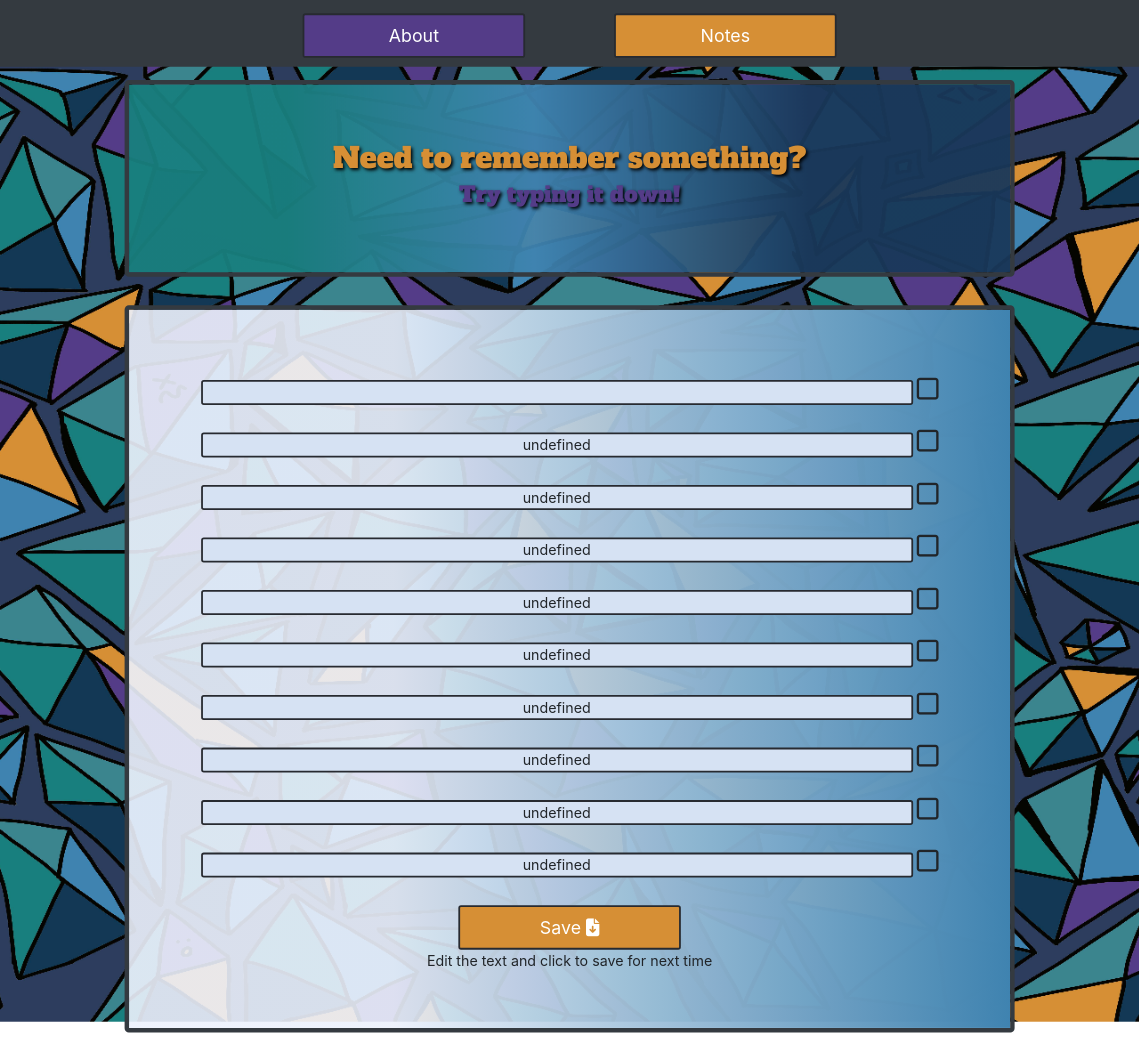
Repository: Kamicoda/Mynote
Page: index.html
The author's editor kept a record of every edit. The page is drawn from the files as they stood at one moment, then again after the next edit.
The browser window is 1280 px wide. The pictures show the whole page, at 89% of full size.
Backgrounds fixed to the window are drawn as part of the page. Some web fonts or font styles are not loaded; a fallback is used. Some web libraries are served in a nearby version.

Above is the page before.

### index.html
<!DOCTYPE html>
<html lang="en">

<head>
    <meta charset="UTF-8">
    <meta name="viewport" content="width=device-width, initial-scale=1.0">
    <meta http-equiv="X-UA-Compatible" content="ie=edge">
    <title>Document</title>


    <!--Bootstrap-->
    <link rel="stylesheet" href="https://maxcdn.bootstrapcdn.com/bootstrap/4.2.1/css/bootstrap.min.css" type="text/css" />
    <link rel="stylesheet" href="https://cdnjs.cloudflare.com/ajax/libs/hover.css/2.3.1/css/hover-min.css" type="text/css" />
    <!--Css-->
    <link rel="stylesheet" href="assets/style/style.css" type="text/css" />
    <link href="https://fonts.googleapis.com/css?family=Alfa+Slab+One&display=swap" rel="stylesheet">
    <!--Jquery-->
    <script src="https://code.jquery.com/jquery-3.4.1.min.js" integrity="sha256-CSXorXvZcTkaix6Yvo6HppcZGetbYMGWSFlBw8HfCJo=" crossorigin="anonymous"></script>

    <!--Scripts-->
    <script src="https://kit.fontawesome.com/06adabaaa3.js"></script>
    <script type="text/javascript" src="assets/js/script1.js"></script>
    <script type="text/javascript" src="assets/js/script2.js"></script>


</head>

<body class="bgbody" onload="checkEdits()">

    <!--navigation-->
    <div class="container-fluid bg-dark">
        <ul class="nav justify-content-center w-100">
            <li class="nav-item">
                <button id="aboutNav" type="button" class="btn btn-secondary btn-lg border border-light">About</button>
            </li>
            <li class="nav-item">
                <button id="notesNav" type="button" class="btn btn-primary btn-lg border border-light">Notes</button>
            </li>

        </ul>
    </div>

    <div class="jumbotron border border-dark header bg-grey mx-auto">
        <div class="row">
            <div id="headerwelcome" class="col-12">
                <h2 class="fancytext"> Need to remember something?</h2>
                <h4 class="fancytextsm">Try typing it down!</h4>
            </div>

            <div id="headerabout" class="col-12">
                <h2 class="fancytext"> Aboot, Abouut, Abuuut!</h2>
                <h4 class="fancytextsm">have a quick read</h4>
            </div>

            <div id="headernotes" class="col-12">
                <h2 class="fancytext"> Don't forget to not forget!</h2>
                <h4 class="fancytextsm">Also don't forget to keep it stupidly simple</h4>
            </div>
        </div>
    </div>

    <div class="jumbotron border border-dark cont header mx-auto">
        <div class="container-flex">


            <section id="aboutSec">
                <div class="row">
                    <div class="col-12">
                        <p>here to help you remember!</p>
                        <div class="row">
                            <div class="col-6">
                                <p>this website should make writing things down a little easier there are a few features to be added at some point,
                                but less off that just remember keep calm and make it concice youll get through whatever you need notes for! </p>
                                <hr class="my-2">
                                <p> to use simply type your note and hit save, thats it it will save a note to your local browser storage like how google autofills things for you.</p>
                            </div>
                            <div class="col-4">
                                <div class="catnote"></div>
                                <p>Don't end up like cat note!</p>
                            </div>
                        </div>
                    </div>
                </div>
        </div>
        </section>

        <section id="notesSec">
            <div class="row">

                <div class="col-12">
                    <div id="editList" class="row">

                        <div class="col-12">
                            <p id="edit" contenteditable="true" class="editableP border border-light"></p>
                            <div id="checkBox" class="checkbox">
                                <i id="fasquare" class="far fa-square"></i>
                                <i id="fabox" class="far fa-check-square"></i>
                            </div>
                        </div>

                        <div class="col-12">
                            <p id="edit1" contenteditable="true" class="editableP border border-light"></p>
                            <div id="checkBox1" class="checkbox">
                                <i id="fasquare1" class="far fa-square"></i>
                                <i id="fabox1" class="far fa-check-square"></i>
                            </div>
                        </div>

                        <div class="col-12">
                            <p id="edit2" contenteditable="true" class="editableP border border-light"></p>
                            <div id="checkBox2" class="checkbox">
                                <i id="fasquare2" class="far fa-square"></i>
                                <i id="fabox2" class="far fa-check-square"></i>
                            </div>
                        </div>

                        <div class="col-12">
                            <p id="edit3" contenteditable="true" class="editableP border border-light"></p>
                            <div id="checkBox3" class="checkbox">
                                <i id="fasquare3" class="far fa-square"></i>
                                <i id="fabox3" class="far fa-check-square"></i>
                            </div>
                        </div>

                        <div class="col-12">
                            <p id="edit4" contenteditable="true" class="editableP border border-light"></p>
                            <div id="checkBox4" class="checkbox">
                                <i id="fasquare4" class="far fa-square"></i>
                                <i id="fabox4" class="far fa-check-square"></i>
                            </div>
                        </div>

                        <div class="col-12">
                            <p id="edit5" contenteditable="true" class="editableP border border-light"></p>
                            <div id="checkBox5" class="checkbox">
                                <i id="fasquare5" class="far fa-square"></i>
                                <i id="fabox5" class="far fa-check-square"></i>
                            </div>
                        </div>

                        <div class="col-12">
                            <p id="edit6" contenteditable="true" class="editableP border border-light"></p>
                            <div id="checkBox6" class="checkbox">
                                <i id="fasquare6" class="far fa-square"></i>
                                <i id="fabox6" class="far fa-check-square"></i>
                            </div>
                        </div>

                        <div class="col-12">
                            <p id="edit7" contenteditable="true" class="editableP border border-light"></p>
                            <div id="checkBox7" class="checkbox">
                                <i id="fasquare7" class="far fa-square"></i>
                                <i id="fabox7" class="far fa-check-square"></i>
                            </div>
                        </div>

                        <div class="col-12">
                            <p id="edit8" contenteditable="true" class="editableP border border-light"></p>
                            <div id="checkBox8" class="checkbox">
                                <i id="fasquare8" class="far fa-square"></i>
                                <i id="fabox8" class="far fa-check-square"></i>
                            </div>
                        </div>

                        <div class="col-12">
                            <p id="edit9" contenteditable="true" class="editableP border border-light"></p>
                            <div id="checkBox9" class="checkbox">
                                <i id="fasquare9" class="far fa-square"></i>
                                <i id="fabox9" class="far fa-check-square"></i>
                            </div>

                            <div>
                                <button type="button " onclick="save()" class="btn btn-primary btn-lg border border-light saveButton">Save
                        <i class="fas fa-file-download"></i></button>
                            </div>

                            <div id="update"> Edit the text and click to save for next time </div>
                        </div>
                    </div>
                </div>
            </div>
        </section>
    </div>

</body>
<footer>

</footer>

</html>

### assets/style/style.css
@import url('https://fonts.googleapis.com/css?family=Roboto:100,200,300,400,500,600,700|Exo:100,200,300,400,500,600,700|Six Caps:100,200,300,400,500,600,700');
/* Palette URL: http://paletton.com/#uid=a3K0o0k6J95irOtlmmkmW6wBrbb */

/* Feel free to copy&paste color codes to your application */

/* As RGBa codes */

/*
base-grey
RGB: 38–41–47

dark blu
RGB: 9–26–63

light grey
RGB: 126–135–155

blue
RGB: 48–70–118

light blue
RGB: 102–143–232

*/

/* Generated by Paletton.com © 2002-2014 */

/* http://paletton.com */

/*Colors*/

.bg-dark {
    background-color: rgba(39, 42, 48, 1);
}

.bg-grey {
    background: rgb(24, 127, 126);
    background: linear-gradient(90deg, rgba(24, 127, 126, 0.95) 18%, rgba(63, 131, 176, 0.95) 46%, rgba(25, 56, 90, 0.95) 77%);
}

.bg-light {
    background-color: rgba(72, 63, 57, 0.5);

}

/*background*/

.border-dark {
    margin-top: 15px;
    border-width: 5px !important;

    border-bottom-style: solid;
    border-color: rgba(39, 42, 48, 1);
}

.border-light {
    margin-top: 15px;
    border-width: 2px !important;

    border-bottom-style: solid;
    border-color: rgba(39, 42, 48, 1) !important;
    border-radius: 3px;
}

.bgbody {
    background: url("notesBg.jpg");
    Margin: 0;
    background-position: center;
    background-repeat: no-repeat;
    background-attachment: fixed;
    min-width: 100%;
    z-index: -1;
}

.catnote {
    background: url("catnote.jpg");
    width: 300px;
    height: 218px;
    background-position: center;
}

.navigationbackground {
    position: fixed;
    height: 100%;
    width: 100%;
}

.nav-item {
    margin-left: 50px;
    margin-right: 50px;
    margin-bottom: 10px;
}

.btn {
    border-radius: 0;
    width: 250px;
    border-radius: 3px;
}

.btn-primary {
    background-color: #d68f35;
}

.btn-secondary {
    background-color: #543c88;
}

.header {
    text-align: center;
    width: 1000px;

}

.editableP {
    padding: 5;
    background-color: rgba(214, 226, 243, 1);
    display: inline-block;
    width: 800px;
}

.cont {
    background: rgb(236, 241, 252);
    background: linear-gradient(90deg, rgba(236, 241, 252, 0.9) 30%, rgba(63, 131, 176, 1) 100%);

}


.ul .li {
    list-style: none;
}

.checkbox {
    font-size: 28px;
    display: inline-block;
}

.fancytext {
    font-family: 'Alfa Slab One', cursive;
    color: #d68f35;
    text-shadow: 2px 2px 4px #000000;
}

.fancytextsm {
    font-family: 'Alfa Slab One', cursive;
    color: #543c88;
    text-shadow: 2px 2px 4px #000000;
}

### assets/js/script1.js
//Buttons
$(document).ready(function() {

    $('#aboutSec').toggle();
    $('#notesSec').show();
    $('#gamesSec').toggle();
    $('#linksSec').toggle();
    $('.fa-check-square').toggle();
    $('#headerwelcome').show();
    $('#headerabout').toggle();
    $('#headernotes').toggle();

    //$('#item').toggle();
    //$('#item1').toggle();
    //$('#item2').toggle();

    $('#aboutNav').on('click', function() {
        $('#aboutSec').show(1000);
        $('#notesSec').hide(1000);
        $('#headerwelcome').hide();
        $('#headerabout').show();
        $('#headernotes').hide();
    });

    $('#notesNav').on('click', function() {
        $('#notesSec').show(1000);
        $('#aboutSec').hide(1000);
        $('#headerwelcome').hide();
        $('#headernotes').show();
        $('#headerabout').hide();

    });

    $('#checkBox').on('click', function() {
        $('#fasquare').toggle();
        $('#fabox').toggle();
    });

    $('#checkBox1').on('click', function() {
        $('#fasquare1').toggle();
        $('#fabox1').toggle();
    });

    $('#checkBox2').on('click', function() {
        $('#fasquare2').toggle();
        $('#fabox2').toggle();
    });

    $('#checkBox3').on('click', function() {
        $('#fasquare3').toggle();
        $('#fabox3').toggle();
    });

    $('#checkBox4').on('click', function() {
        $('#fasquare4').toggle();
        $('#fabox4').toggle();
    });

    $('#checkBox5').on('click', function() {
        $('#fasquare5').toggle();
        $('#fabox5').toggle();
    });

    $('#checkBox6').on('click', function() {
        $('#fasquare6').toggle();
        $('#fabox6').toggle();
    });

    $('#checkBox7').on('click', function() {
        $('#fasquare7').toggle();
        $('#fabox7').toggle();
    });

    $('#checkBox8').on('click', function() {
        $('#fasquare8').toggle();
        $('#fabox8').toggle();
    });

    $('#checkBox9').on('click', function() {
        $('#fasquare9').toggle();
        $('#fabox9').toggle();
    });


    // $('#new').on('click', function() {
    //  count += 1;
    //  $('#item' + count).show()
    //$('#editList').append(`<p id="edit` + count + `" contenteditable="true" class="editableP"></p><button type="button " onclick="save`+ count +`()" class="saveButton">Save
    // <i class="fas fa-file-download"></i></button>`);

    // });
});

// this is adding numbers to the ID "edit"
var count = 0;

### assets/js/script2.js

function save() {
localStorage.userEdits = document.getElementById("edit").innerText;
localStorage.userEdits1 = document.getElementById("edit1").innerText;
localStorage.userEdits2 = document.getElementById("edit2").innerText;
localStorage.userEdits3 = document.getElementById("edit3").innerText;
localStorage.userEdits4 = document.getElementById("edit4").innerText;
localStorage.userEdits5 = document.getElementById("edit5").innerText;
localStorage.userEdits6 = document.getElementById("edit6").innerText;
localStorage.userEdits7 = document.getElementById("edit7").innerText;
localStorage.userEdits8 = document.getElementById("edit8").innerText;
localStorage.userEdits9 = document.getElementById("edit9").innerText;

document.getElementById("update").innerHTML="Edits saved!";
}

function checkEdits() {

if(localStorage.userEdits!=null)
document.getElementById("edit").innerHTML = localStorage.userEdits;
document.getElementById("edit1").innerHTML = localStorage.userEdits1;
document.getElementById("edit2").innerHTML = localStorage.userEdits2;
document.getElementById("edit3").innerHTML = localStorage.userEdits3;
document.getElementById("edit4").innerHTML = localStorage.userEdits4;
document.getElementById("edit5").innerHTML = localStorage.userEdits5;
document.getElementById("edit6").innerHTML = localStorage.userEdits6;
document.getElementById("edit7").innerHTML = localStorage.userEdits7;
document.getElementById("edit8").innerHTML = localStorage.userEdits8;
document.getElementById("edit9").innerHTML = localStorage.userEdits9;
}

//original code idea from https://www.developerdrive.com/allowing-users-to-edit-text-content-with-html5/
//with some tweaking


//

After the next edit:
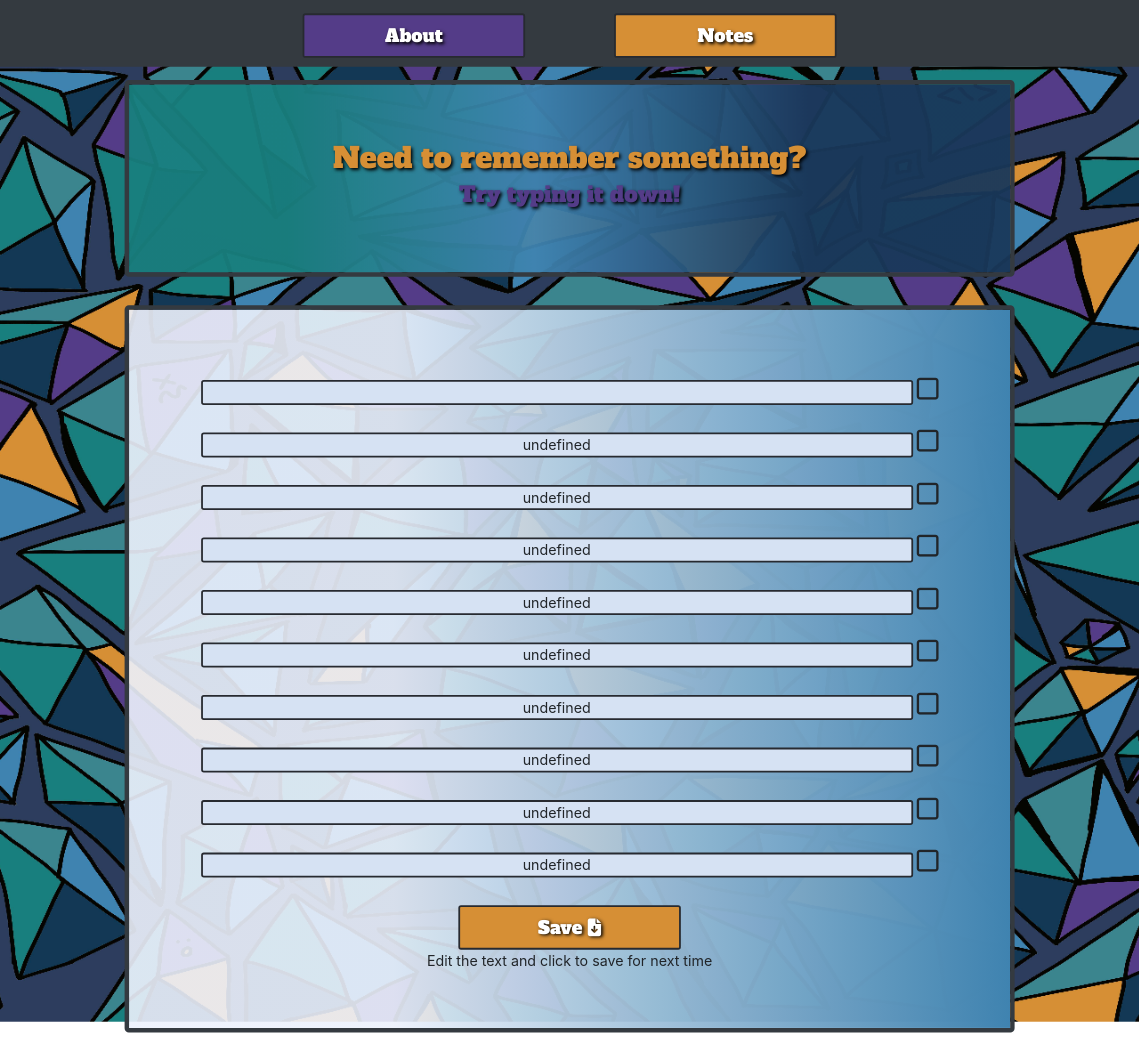
The edit:
--- a/assets/style/style.css
+++ b/assets/style/style.css
@@ -95,6 +95,8 @@
     border-radius: 0;
     width: 250px;
     border-radius: 3px;
+    font-family: 'Alfa Slab One', cursive;
+    text-shadow: 2px 2px 4px #000000;
 }
 
 .btn-primary {
